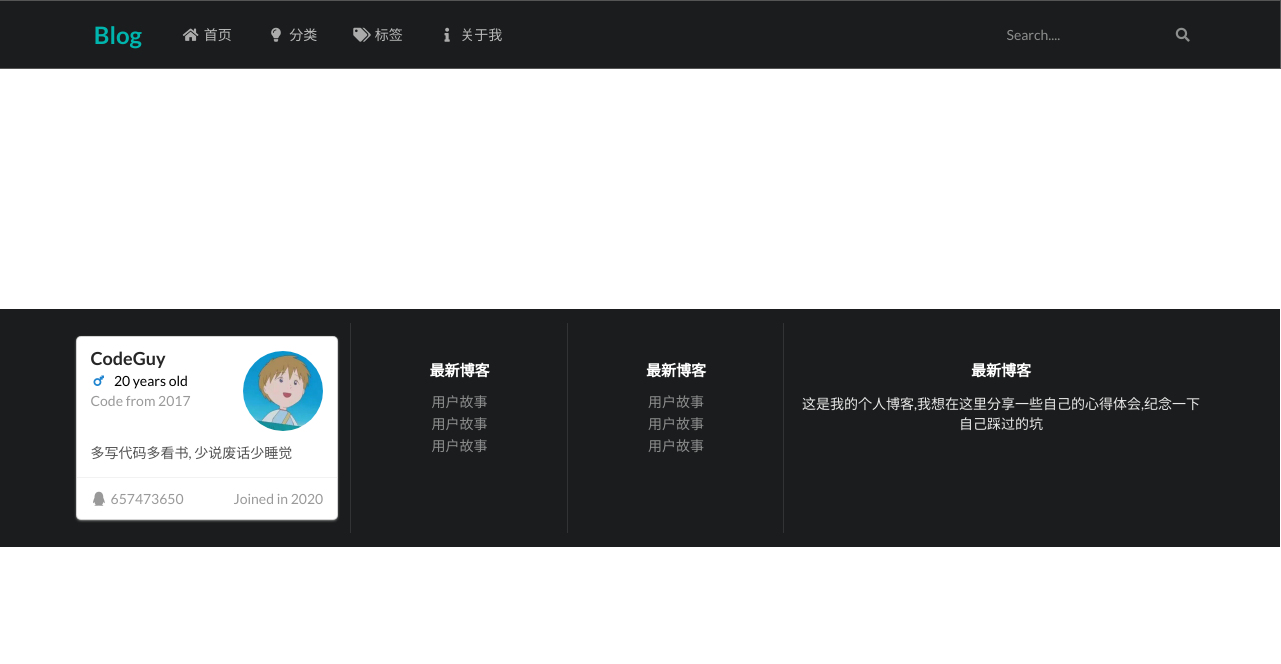
Repository: GOGOHQ/myblog
Page: index.html
The author's editor kept a copy of each file at every save. The page is drawn from the files as they stood at one save, then again after the next save.
The browser window is 1280 px wide. The page is 1281 px wide, so the pictures cover 1281 px, including what lies to the right of the window. The pictures show the whole page.
Some web libraries are served in a nearby version.

Above is the page before, as saved 2020-01-16 16:04:59.

### index.html
<!DOCTYPE html>
<html lang="en">

<head>
    <meta charset="UTF-8">
    <meta name="viewport" content="width=device-width, inital-scale=1.0">
    <title>首页</title>
    <link rel="stylesheet" href="static/css/me.css">
    <link rel="stylesheet" href="https://cdn.jsdelivr.net/semantic-ui/2.2.4/semantic.min.css">
    <script src="https://cdn.jsdelivr.net/npm/jquery@3.2/dist/jqurey.min.js"></script>
    <script src="https://cdn.jsdelivr.net/semantic-ui/2.2.4/semantic.min.js"></script>
</head>

<body>
<!-- 导航 -->
<nav class="ui inverted  attached  segment m-padded-tb-mini">
    <div class="ui container">
        <div class="ui secondary inverted menu">
            <h2 class="ui teal header item">Blog</h2>
            <a href="#" class="item"><i class="home icon"></i>首页</a>
            <a href="#" class="item"><i class="idea icon"></i>分类</a>
            <a href="#" class="item"><i class="tags icon"></i>标签</a>
            <a href="#" class="item"><i class="info icon"></i>关于我</a>
            <div class="right item">
                <div class="ui icon  inverted transparent input">
                    <input type="text" placeholder="Search....">
                    <i class="search link icon"></i>
                </div>
            </div>
        </div>
    </div>
</nav>
<!-- 内容 -->
<div>
    <br> <br> <br> <br> <br> <br> <br> <br> <br> <br> <br> <br>
</div>
<!-- 底部 -->
<footer class="ui inverted vertical segment m-padded-tb-massive">
    <div class="ui center aligned container">
        <div class="ui inverted divided grid">
            <div class="four wide column left aligned ">
                <div class="ui card">
                    <div class="content">
                        <img class="right circular floated tiny ui image" src="static/images/avatar.jpg">
                        <div class="header">
                            CodeGuy
                        </div>
                        <div class="meta">
                            <i class="icon blue mars stroke"></i>
                            <text style="color:black;">20 years old</text>
                        </div>
                        <div class="meta">
                            Code from 2017
                        </div>
                        <div class="description">
                            多写代码多看书, 少说废话少睡觉
                        </div>
                    </div>
                    <div class="extra content">
                        <a>
                            <i class="qq icon"></i>657473650
                        </a>
                        <span class="right floated">
                                    Joined in 2020
                                  </span>
                    </div>
                </div>
            </div>
            <div class="center aligned three wide column m-padded-t-middle">
                <h4 class="ui inverted header">最新博客</h4>
                <div class="ui inverted link list">
                    <a href="#" class="item">用户故事</a>
                    <a href="#" class="item">用户故事</a>
                    <a href="#" class="item">用户故事</a>
                </div>
            </div>
            <div class="center aligned three wide column m-padded-t-middle">
                <h4 class="ui inverted header">最新博客</h4>
                <div class="ui inverted link list">
                    <a href="#" class="item">用户故事</a>
                    <a href="#" class="item">用户故事</a>
                    <a href="#" class="item">用户故事</a>
                </div>
            </div>
            <div class="six wide column m-padded-t-middle">
                <h4 class="ui inverted header">最新博客</h4>
                <p>这是我的个人博客,我想在这里分享一些自己的心得体会,纪念一下自己踩过的坑</p>
            </div>
        </div>
    </div>
</footer>
</body>


</html>

### static/css/me.css
.m-padded-tb-mini {
    padding-top: 0.2em !important;
    padding-bottom: 0.2em !important;
}

.m-padded-t-middle {
    padding-top: 40px !important
}

.m-padded-tb-massive {
    padding-top: 2.0em !important;
    padding-bottom: 2.0em !important;
}


/* text */

.m-text-thin {
    font-weight: 300 !important
}

.m-text-spaced {
    letter-spacing: 1px !important
}

.m-text-lined {
    line-height: 1.8 !important
}

After the next save:
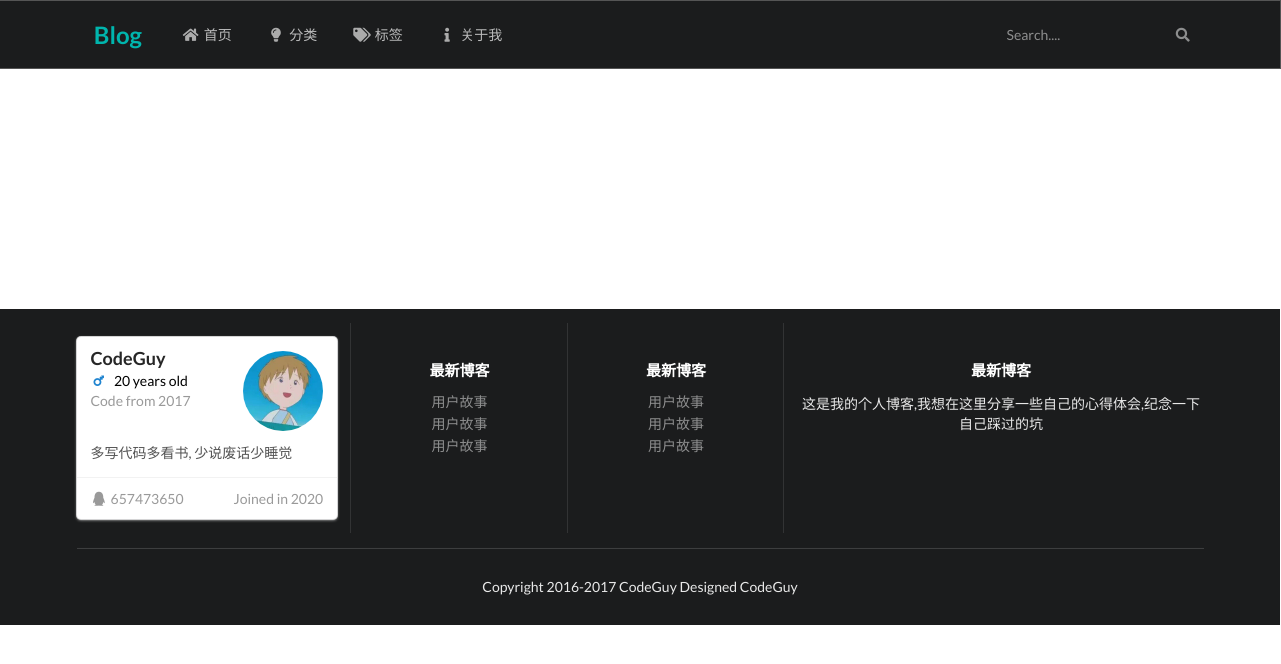
Saved 30 s later.
--- a/index.html
+++ b/index.html
@@ -87,6 +87,8 @@
                 <p>这是我的个人博客,我想在这里分享一些自己的心得体会,纪念一下自己踩过的坑</p>
             </div>
         </div>
+        <div class="ui inverted section divider"></div>
+        <p class="m-text-thin">Copyright 2016-2017 CodeGuy Designed CodeGuy</p>
     </div>
 </footer>
 </body>
